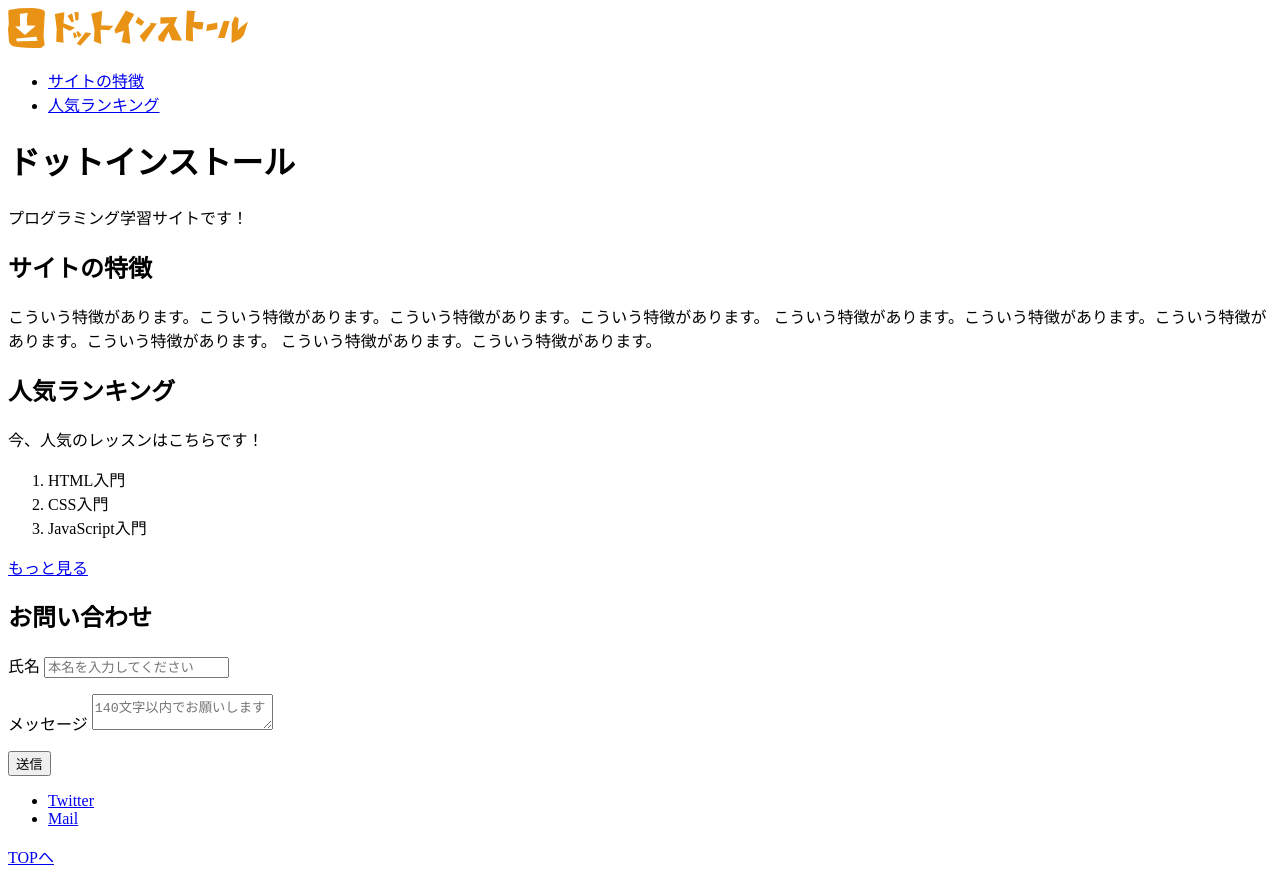
Repository: kojimayu/dotinstall-html
Page: index.html
An editor plug-in stored every save of this project. The page is shown before and after the next save, followed by the edit.
The browser window is 1280 px wide. The pictures show the whole page.

Above is the page before, as saved 2019-04-04 19:21:37.

### index.html
<!DOCTYPE html>
<html lang="ja">

<head>
    <meta charset="UTF-8">
    <title>ドットインストール</title>
    <meta name="description" content="プログラミング学習サイトのドットインストールです。">
    <link rel="icon" href="img/favicon.ico">
</head>

<body>
    <img src="img/logo.png" alt="ドットインストールのロゴです" width="240" height="40">

    <ul>
        <li><a href="#features">サイトの特徴</a></li>
        <li><a href="#ranking">人気ランキング</a></li>
    </ul>

    <h1>ドットインストール</h1>
    <p>プログラミング学習サイトです！</p>

    <h2 id="features">サイトの特徴</h2>
    <p>こういう特徴があります。こういう特徴があります。こういう特徴があります。こういう特徴があります。
        こういう特徴があります。こういう特徴があります。こういう特徴があります。こういう特徴があります。
        こういう特徴があります。こういう特徴があります。
    </p>

    <h2 id="ranking">人気ランキング</h2>
    <p>今、人気のレッスンはこちらです！</p>
    <ol>
        <li>HTML入門</li>
        <li>CSS入門</li>
        <li>JavaScript入門</li>
    </ol>
    <p><a href="more_lessons.html">もっと見る</a></p>

    <h2>お問い合わせ</h2>
    <form>
        <p>
            <label for="name">氏名</label>
            <!-- <input type="text" id="name" value="名無しです"> -->
            <input type="text" id="name" placeholder="本名を入力してください">
        </p>
        <p>
            <label for="messege">メッセージ</label>
            <textarea id="messege" placeholder="140文字以内でお願いします"></textarea>
        </p>
        <p>
            <button>送信</button>
        </p>
    </form>
    <ul>
        <li><a href="https://twitter.com/dotinstall" target="_blank">Twitter</a></li>
        <li><a href="mailto:taguch@gmail.com" target="_blank">Mail</a></li>
    </ul>

    <p><a href="#top">TOPへ</a></p>
</body>

</html>

After the next save:
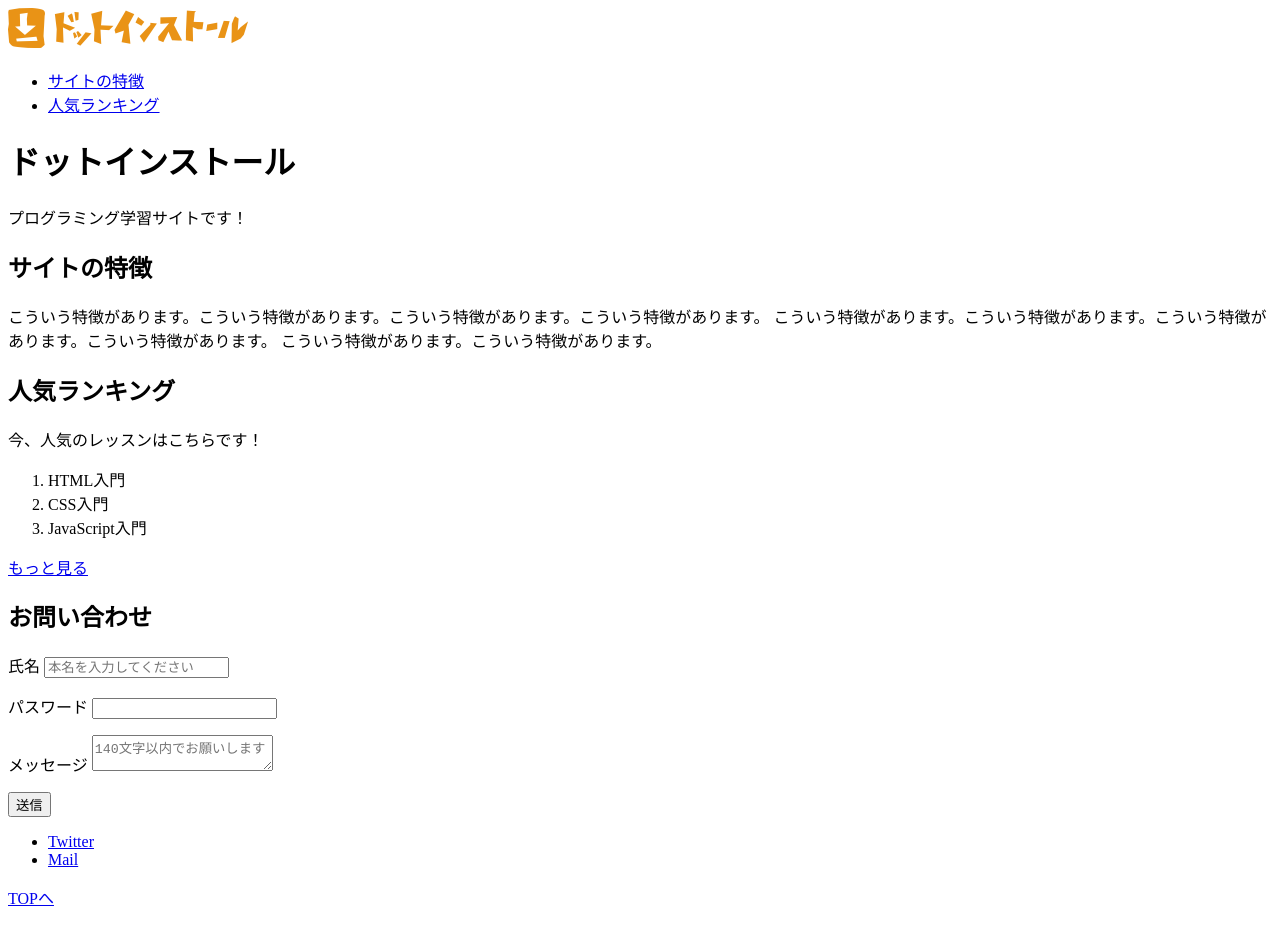
Saved 2 min 8 s later.
--- a/index.html
+++ b/index.html
@@ -42,6 +42,10 @@
             <input type="text" id="name" placeholder="本名を入力してください">
         </p>
         <p>
+            <label for="pwd">パスワード</label>
+            <input type="password" id="pwd">
+        </p>
+        <p>
             <label for="messege">メッセージ</label>
             <textarea id="messege" placeholder="140文字以内でお願いします"></textarea>
         </p>
